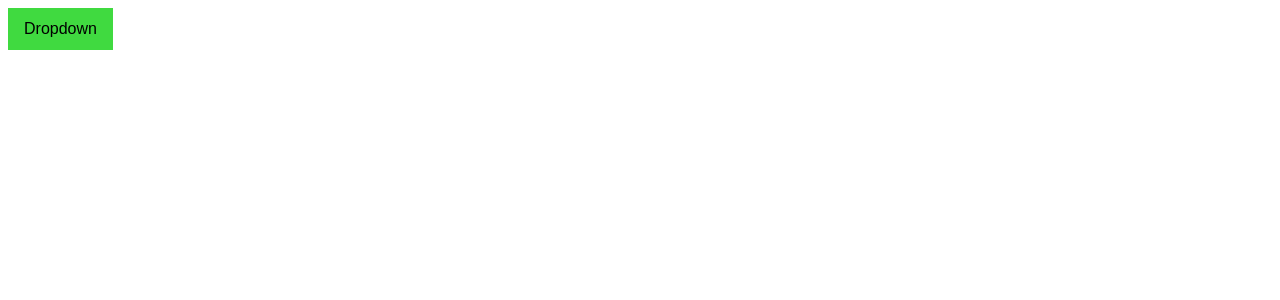
Repository: nvngon2604/Git
Page: web/index.html
The author's editor kept a copy of each file at every save. The page is drawn from the files as they stood at one save, then again after the next save.
The browser window is 1280 px wide. The pictures show the whole page.

Above is the page before, as saved 2020-05-10 17:31:45.

After the next save:
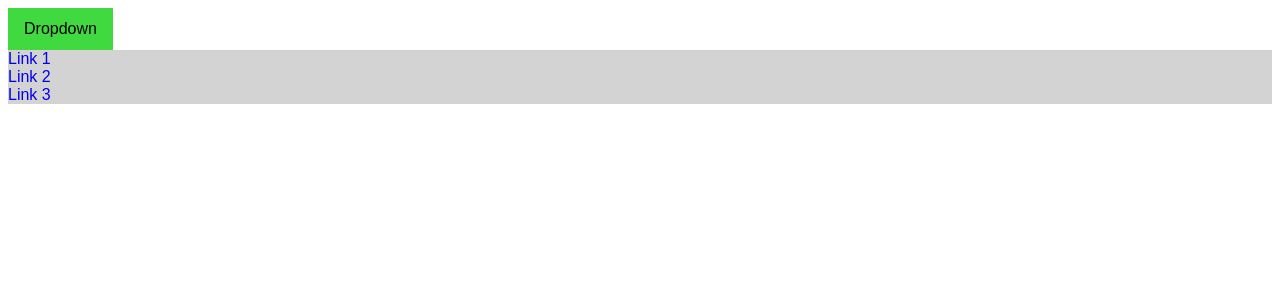
Saved 6 s later.
--- a/web/index.html
+++ b/web/index.html
@@ -21,7 +21,7 @@
             background-color: rgb(51, 155, 51);
         }
         .dropdown-content {
-            display: none;
+            display: ;
             display: absolute;
             min-width: 160px;
             background-color: rgb(211, 211, 211);
